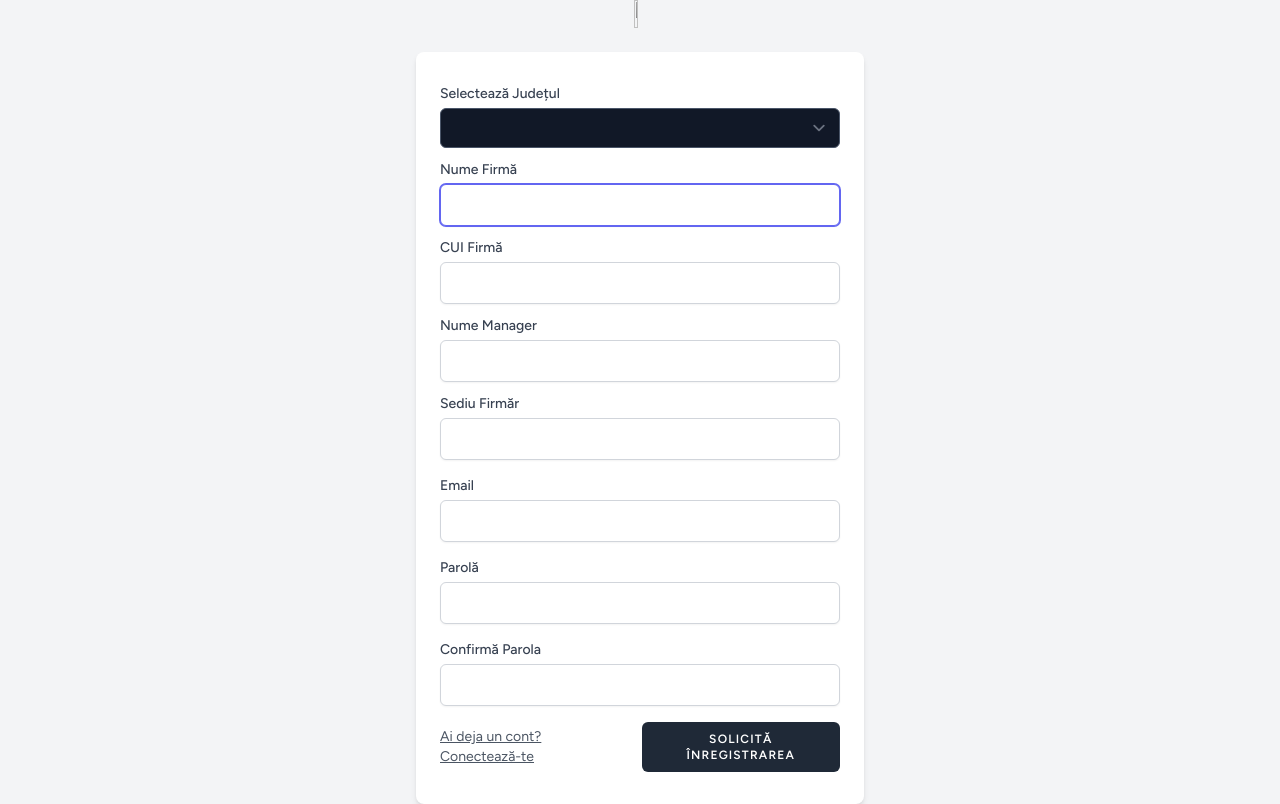
Repository: cosmin05072018/fantastic-events-manager
Page: http://localhost/register
The author's editor kept a copy of each file at every save. The page is drawn from the files as they stood at one save, then again after the next save.
The browser window is 1280 px wide. The pictures show the whole page.
The page is served by the project's Laravel application, run on PHP 8.4 with Laravel 10. Style sheets and scripts are compiled from the project's sources, by tool versions that may differ from the author's.

Above is the page before, as saved 2024-11-03 18:29:40.

After the next save:
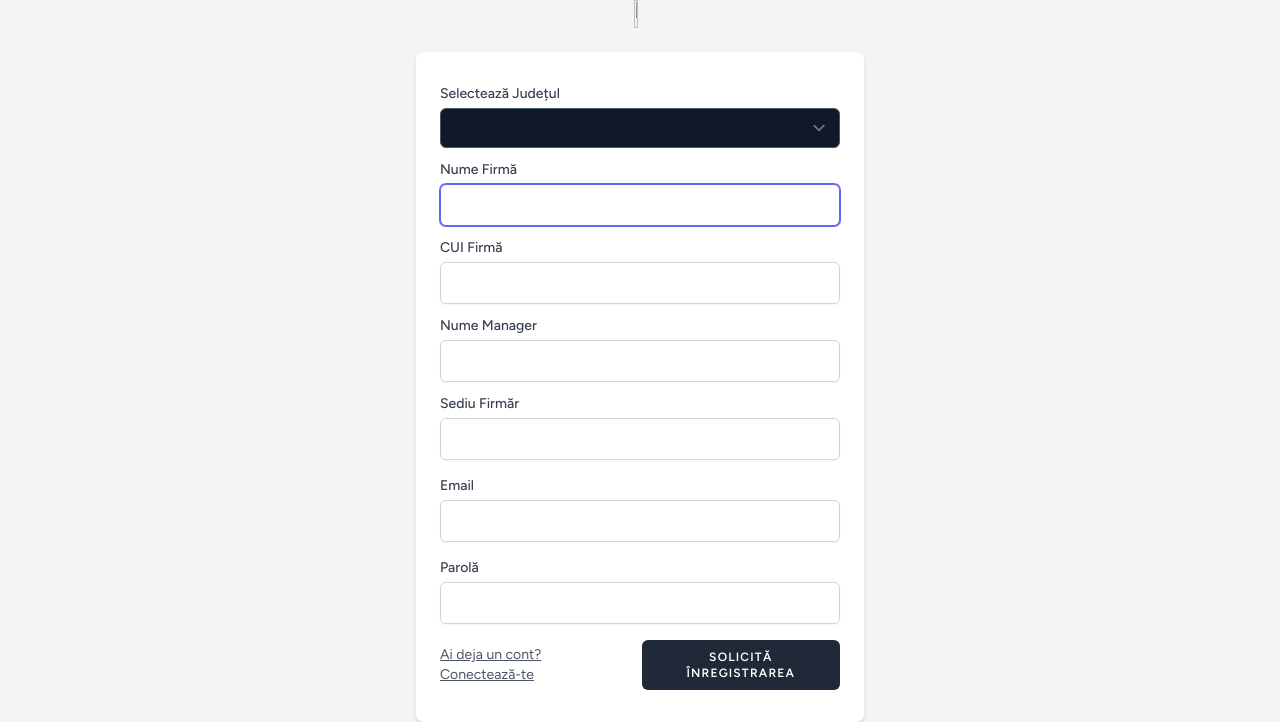
Saved 29 s later.
--- a/resources/views/auth/register.blade.php
+++ b/resources/views/auth/register.blade.php
@@ -136,17 +136,6 @@
             <x-input-error :messages="$errors->get('password')" class="mt-2" />
         </div>
 
-        <!-- Confirm Password -->
-        <div class="mt-4">
-            <x-input-label for="password_confirmation" :value="__('Confirmă Parola')" />
-
-            <x-text-input id="password_confirmation" class="block mt-1 w-full"
-                            type="password"
-                            name="password_confirmation" required autocomplete="new-password" />
-
-            <x-input-error :messages="$errors->get('password_confirmation')" class="mt-2" />
-        </div>
-
         <div class="flex items-center mt-4">
             <a class="underline text-sm text-gray-600 dark:text-gray-400 hover:text-gray-900 dark:hover:text-gray-100 rounded-md focus:outline-none focus:ring-2 focus:ring-offset-2 focus:ring-indigo-500 dark:focus:ring-offset-gray-800" href="{{ route('login') }}">
                 {{ __('Ai deja un cont? Conectează-te') }}
